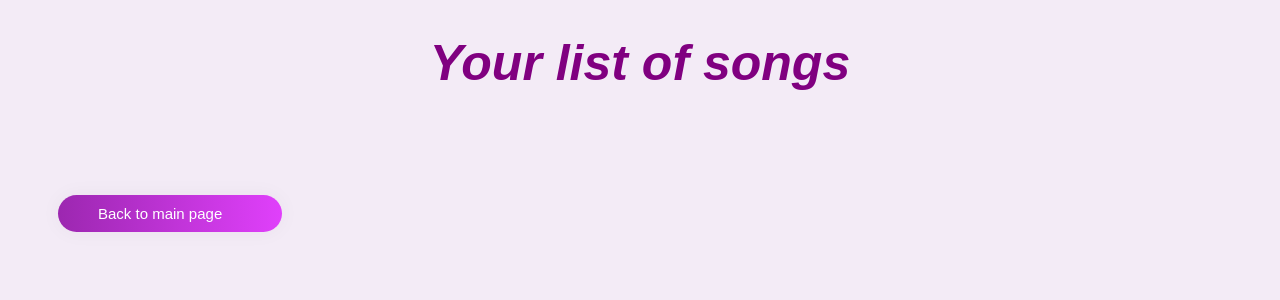
Repository: mariacostan/proiect_CC
Page: frontend/listOfSongs.html
The author's editor kept a record of every edit. The page is drawn from the files as they stood at one moment, then again after the next edit.
The browser window is 1280 px wide. The pictures show the whole page.
The page's requests for data from a server got no answer.

Above is the page before.

### frontend/listOfSongs.html
<!DOCTYPE html>
<html>
    <head>
        <meta name="viewport" content="width=device-width, initial-scale=1.0">
    <title>
        Book List
    </title>
    <style>
           body {
       background-color: #F3EBF6;
        font-family: 'Ubuntu', sans-serif;
    }
    .buton{
                    cursor: pointer;
        border-radius: 5em;
        color: #fff;
        background: linear-gradient(to right, #9C27B0, #E040FB);
        border: 0;
        padding-left: 40px;
        padding-right: 60px;
        padding-bottom: 10px;
        padding-top: 10px;

        font-family: 'Ubuntu', sans-serif;
        box-shadow: 0 0 20px 1px rgba(0, 0, 0, 0.04);
           text-decoration:none;
           margin-left: 50px;
           margin-top: 70px;
           font-size: 15px;
    }
    .titlu{
   font-size: 25px;
   color: purple;
   margin: 30px;
    }
    .btn{
         cursor: pointer;
        border-radius: 5em;
        color: #fff;
        background: linear-gradient(to right, #9C27B0, #E040FB);
        border: 0;
        padding-left: 20px;
        padding-right: 20px;
        padding-bottom: 10px;
        padding-top: 10px;

        font-family: 'Ubuntu', sans-serif;
        margin-left: 5%;
        font-size: 10px;
        box-shadow: 0 0 20px 1px rgba(0, 0, 0, 0.04);
    }
    </style>
    </head>
    <body>
        <div class="titlu"><h1 align="center"><b><i>Your list of songs</i></b></h1></div>

        <div id="table"></div>
        <script src="https://unpkg.com/axios/dist/axios.min.js"></script>
    <script src="https://code.jquery.com/jquery-3.3.1.min.js"integrity="sha256-FgpCb/KJQlLNfOu91ta32o/NMZxltwRo8QtmkMRdAu8="crossorigin="anonymous"></script>
    <script type="text/javascript">
             function showSongs() {
    axios.get('/songs').then(function(results) {

        let html = ` <table style="width:1100px;margin-left: 150px;">
                <tr style="width:500px;border: 1px solid black;">
                    <th style="width:50px;background-color: #ff99ff;">ID</th>
                    <th style="width:200px;background-color: #ff99ff;">Song Name</th>
                    <th style= "width:200px; background-color: #ff99ff;">Artist</th>
                    <th style= "width:200px; background-color: #ff99ff;">Genre</th>
                    <th style= "width:450px; background-color:#ff99ff;">Year</th>
                    <th style= "width:200px;"></th>
                </tr>`

        results.data.forEach(function(element) {
            html += `<tr>
                        <td style="text-align:center; background-color:#FFF5EE">${element.id}</td>
                        <td style="text-align:center;background-color:#FFF5EE;">${element.song_name}</td>
                        <td style="text-align:center;background-color:#FFF5EE;">${element.artist}</td>
                        <td id="subject"  style="text-align:center;background-color:#FFF5EE;">${element.genre}</td>
                        <td contenteditable ="true" id="description" style="background-color:#FFF5EE;padding-top:10px;padding-bottom:10px;padding-left:10px;padding-right:10px;">${element.year}</td>
                         <td style="background-color:#F3EBF6;">
                            <button class="btn" onClick="deleteSong(${element.id})">Delete</button>
                        </td>
                    </tr>`
        })

        html += `</table>`

        $('#table').html(html)
    }).catch(function(error) {
        console.log(error)
    })
}
showSongs()

function deleteSong(id) {
   if(confirm('Delete this song?')) {
    axios.delete('/songs/'+id).then(function(result) {
        showSongs()
    }).catch(function(err) {
        alert('Resource could not delete resource')
    })
} else{
  showSongs()
}
}
   </script>
        <button class="buton"  onClick="history.back(-1)">Back to main page</button>
    </body>
</html>

After the next edit:
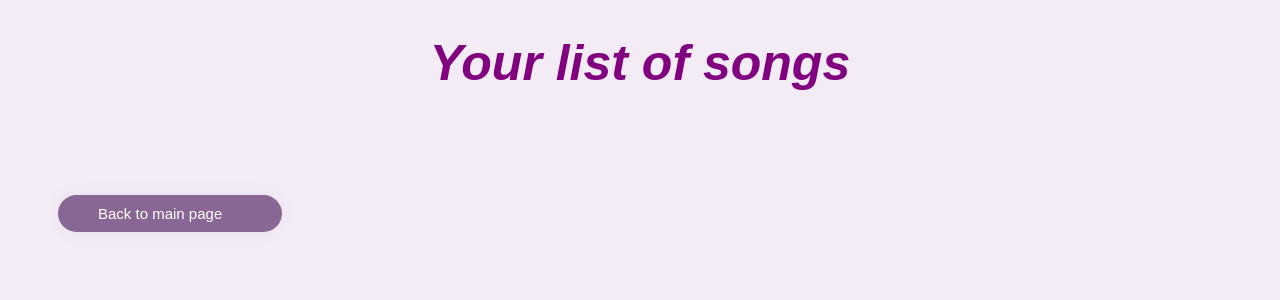
The edit:
--- a/frontend/listOfSongs.html
+++ b/frontend/listOfSongs.html
@@ -14,7 +14,7 @@
                     cursor: pointer;
         border-radius: 5em;
         color: #fff;
-        background: linear-gradient(to right, #9C27B0, #E040FB);
+        background: #896794;
         border: 0;
         padding-left: 40px;
         padding-right: 60px;
